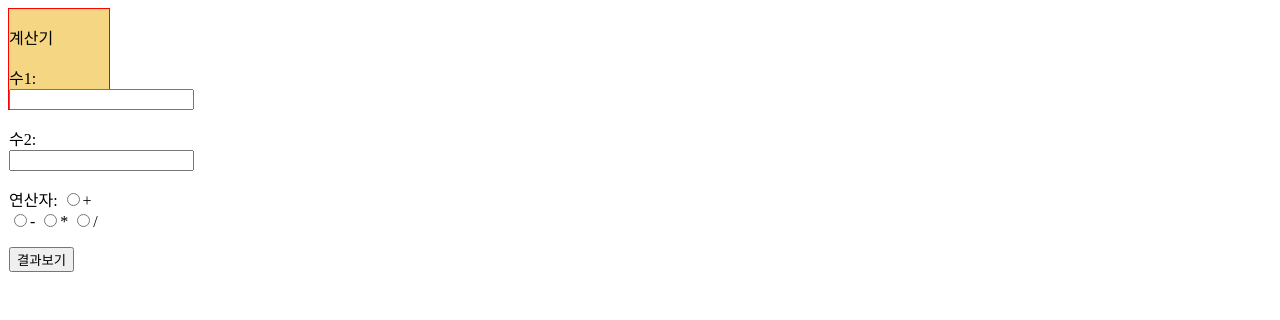
Repository: Kebiskim/2023_jspStudy
Page: 01_servlet/src/main/webapp/view/Ex07.html
An editor plug-in stored every save of this project. The page is shown before and after the next save, followed by the edit.
The browser window is 1280 px wide. The pictures show the whole page.

Above is the page before, as saved 2023-06-30 04:08:56.

### 01_servlet/src/main/webapp/view/Ex07.html
<!DOCTYPE html>
<html>
<head>
<meta charset="UTF-8">
<title>Calculator</title>
<style type="text/css">
	div {
	  width : 100px;
	  height: 100px;
	  background-color: #f5d682;
	  border: 1px solid red;
	}
</style>
</head>
<body>
	<div>
		<p id="border1">계산기</p>
		<p>수1: <input type="text" name="num1" id="num1"></p>
		<p>수2: <input type="text" name="num2" id="num2"></p>
		<p>연산자: <input type="radio" name="chk_info" value="CSS">+
				 <input type="radio" name="chk_info" value="CSS">-
				 <input type="radio" name="chk_info" value="CSS">*
				 <input type="radio" name="chk_info" value="CSS">/
		</p>
		<button>결과보기</button>
	</div>
</body>
</html>

After the next save:
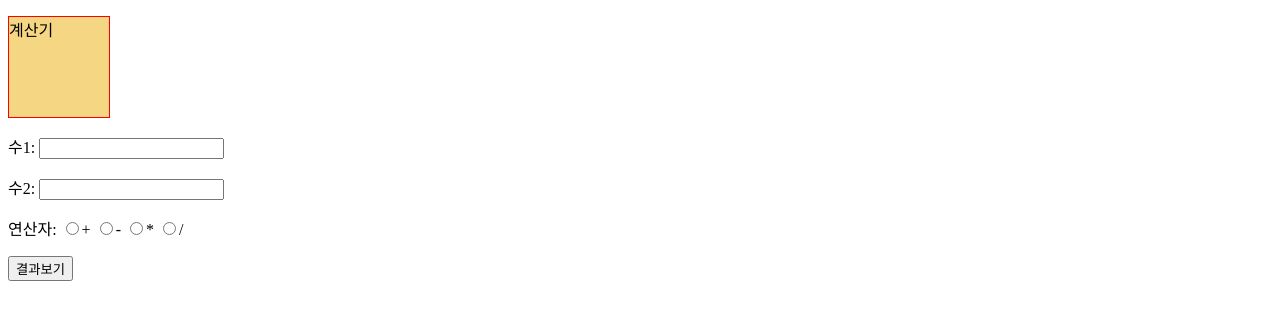
Saved 4 s later.
--- a/01_servlet/src/main/webapp/view/Ex07.html
+++ b/01_servlet/src/main/webapp/view/Ex07.html
@@ -4,7 +4,7 @@
 <meta charset="UTF-8">
 <title>Calculator</title>
 <style type="text/css">
-	div {
+	#border1{
 	  width : 100px;
 	  height: 100px;
 	  background-color: #f5d682;

After the save that followed:
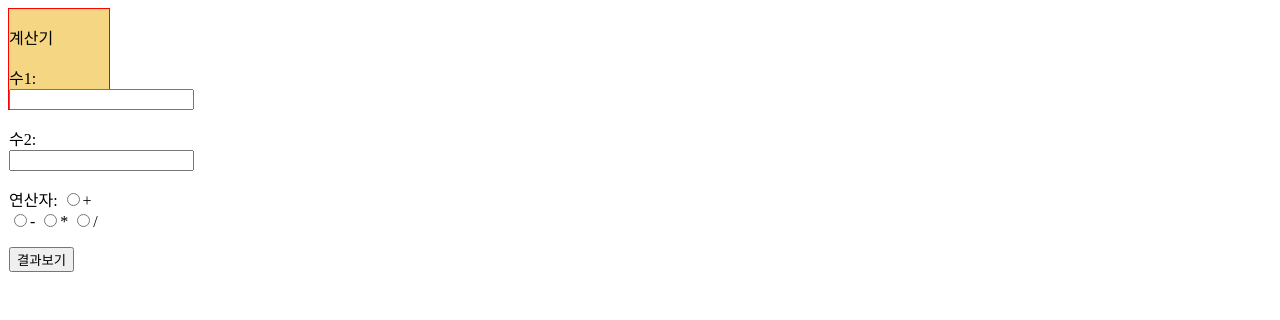
Saved 16 s later.
--- a/01_servlet/src/main/webapp/view/Ex07.html
+++ b/01_servlet/src/main/webapp/view/Ex07.html
@@ -13,8 +13,8 @@
 </style>
 </head>
 <body>
-	<div>
-		<p id="border1">계산기</p>
+	<div id="border1">
+		<p>계산기</p>
 		<p>수1: <input type="text" name="num1" id="num1"></p>
 		<p>수2: <input type="text" name="num2" id="num2"></p>
 		<p>연산자: <input type="radio" name="chk_info" value="CSS">+
